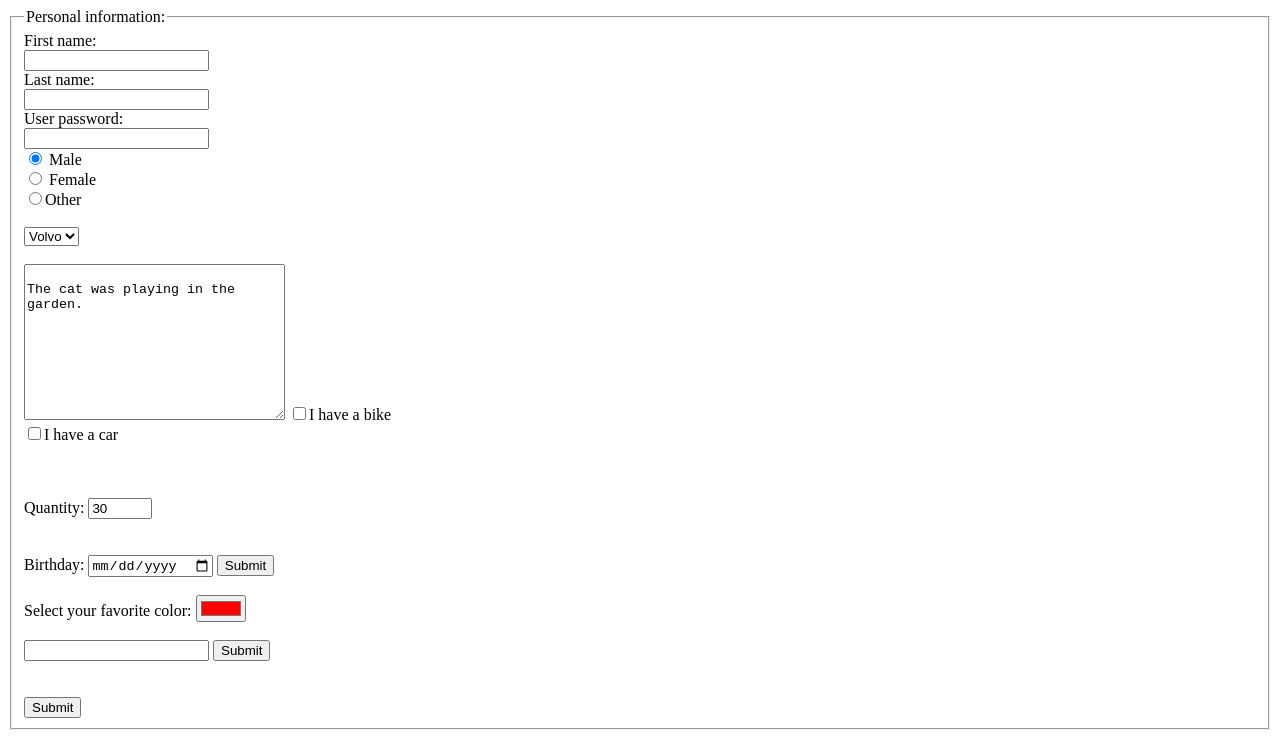
Repository: BaekJiGyeong/JSP
Page: http://localhost/AEA_Lesson0204/list.jsp
An editor plug-in stored every save of this project. The page is shown before and after the next save, followed by the edit.
The browser window is 1280 px wide. The pictures show the whole page.
The page is served by Tomcat 9. Other server files are loaded and not shown.

Above is the page before, as saved 2016-02-04 11:11:26.

### AEA_Lesson0204/WebContent/list.jsp
<%@ page language="java" contentType="text/html; charset=UTF-8"
	pageEncoding="UTF-8"%>
<!DOCTYPE html>
<html>
<head>
<meta http-equiv="Content-Type" content="text/html; charset=UTF-8">
<title>Insert title here</title>
</head>
<body>

	<form method="post" action="/AEA_Lesson0204/resultpage">
		<fieldset>
			<legend>Personal information:</legend>
			First name:<br> <input type="text" name="firstname"> <br>
			Last name:<br> <input type="text" name="lastname"> <br>
			User password:<br> <input type="password" name="psw"> <br>
			<input type="radio" name="gender" value="male" checked> Male<br>
			<input type="radio" name="gender" value="female"> Female<br>
			<input type="radio" name="gender" value="other">Other <br>
			<br> <select name="cars">
				<option value="volvo">Volvo</option>
				<option value="saab">Saab</option>
			</select><br> <br>
			<textarea name="message" rows="10" cols="30">
				The cat was playing in the garden.
			</textarea>

			<input type="checkbox" name="vehicle1" value="Bike">I have a
			bike <br> <input type="checkbox" name="vehicle2" value="Car">I
			have a car <br> <br> <br> <br> Quantity: <input
				type="number" name="points" min="0" max="100" step="10" value="30">
			<br> <br> <br> Birthday: <input type="date"
				name="bday"> <input type="submit"> <br> <br>

			Select your favorite color: <input type="color" name="favcolor"
				value="#ff0000"><br> <br> <input type="email"
				name="email"> <input type="submit"> <br> <br>
			<br> <input type="submit" value="Submit"
				onclick="alert('등록완료!')">



		</fieldset>
	</form>

</body>
</html>

After the next save:
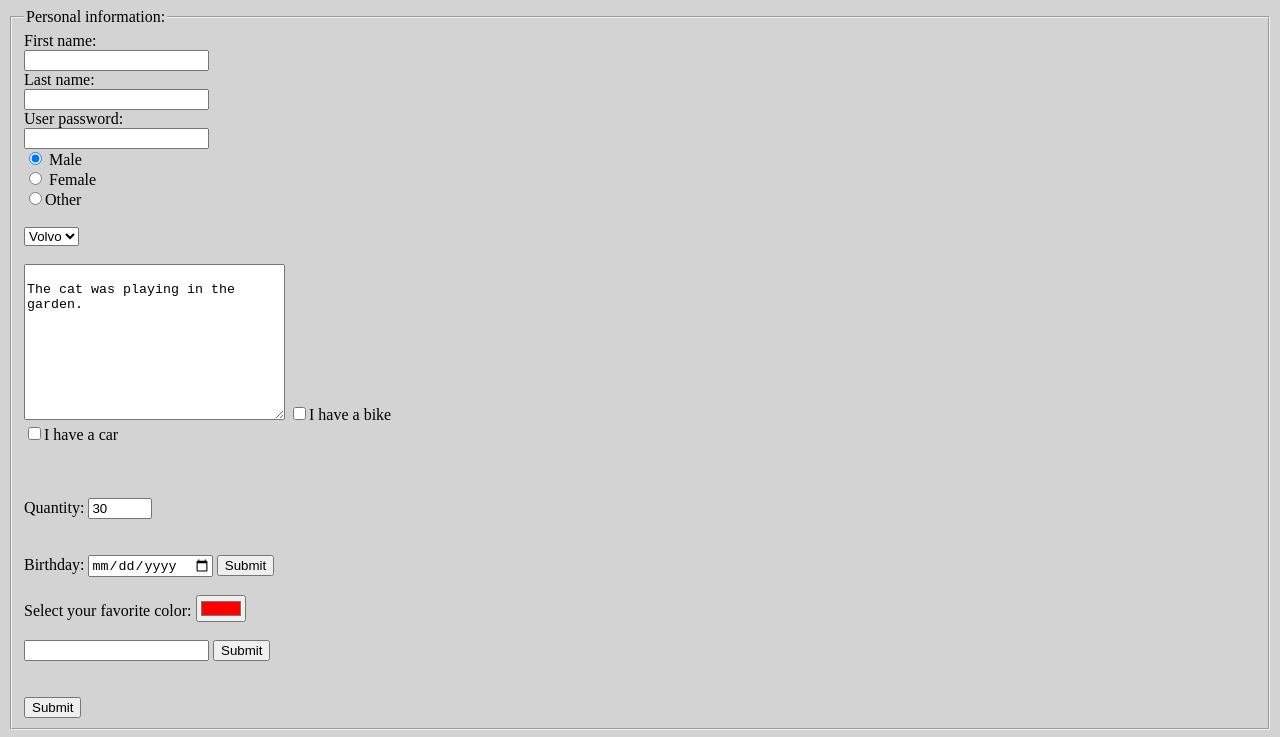
Saved 5 min 10 s later.
--- a/AEA_Lesson0204/WebContent/list.jsp
+++ b/AEA_Lesson0204/WebContent/list.jsp
@@ -6,7 +6,7 @@
 <meta http-equiv="Content-Type" content="text/html; charset=UTF-8">
 <title>Insert title here</title>
 </head>
-<body>
+<body style="background-color:lightgrey;">
 
 	<form method="post" action="/AEA_Lesson0204/resultpage">
 		<fieldset>
